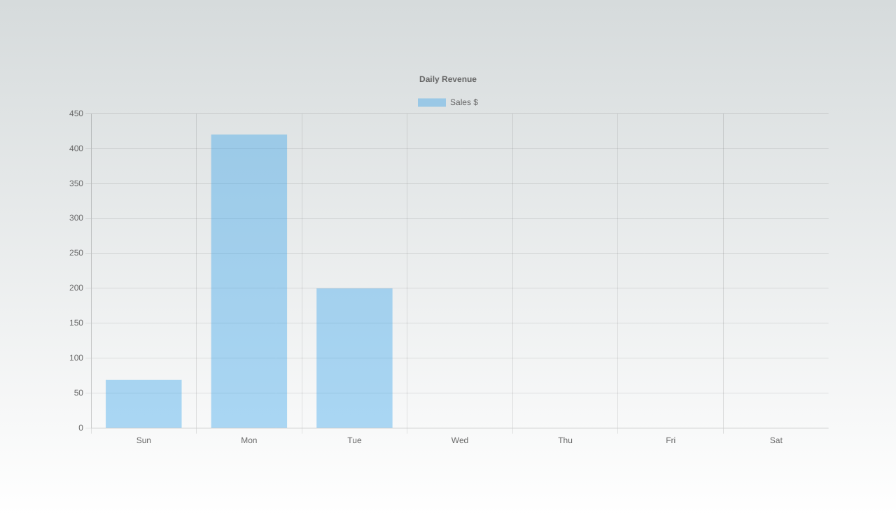
Repository: alemunden/exercise-5
Page: /
An editor plug-in stored every save of this project. The page is shown before and after the next save, followed by the edit.
The browser window is 1280 px wide. The pictures show the part of the page from y = 0 to 1920 px (the page is 736 px tall before and 33554432 px after), at 70% of full size.
The project was rebuilt for these pictures with package versions that can differ from the ones it lists, and the page was loaded fresh each time. The framework's server and built-in components were replaced by stand-ins that run in the browser. Also part of the build but not shown: next.config.js.

Above is the page before, as saved 2024-04-15 10:24:59.

After the next save:
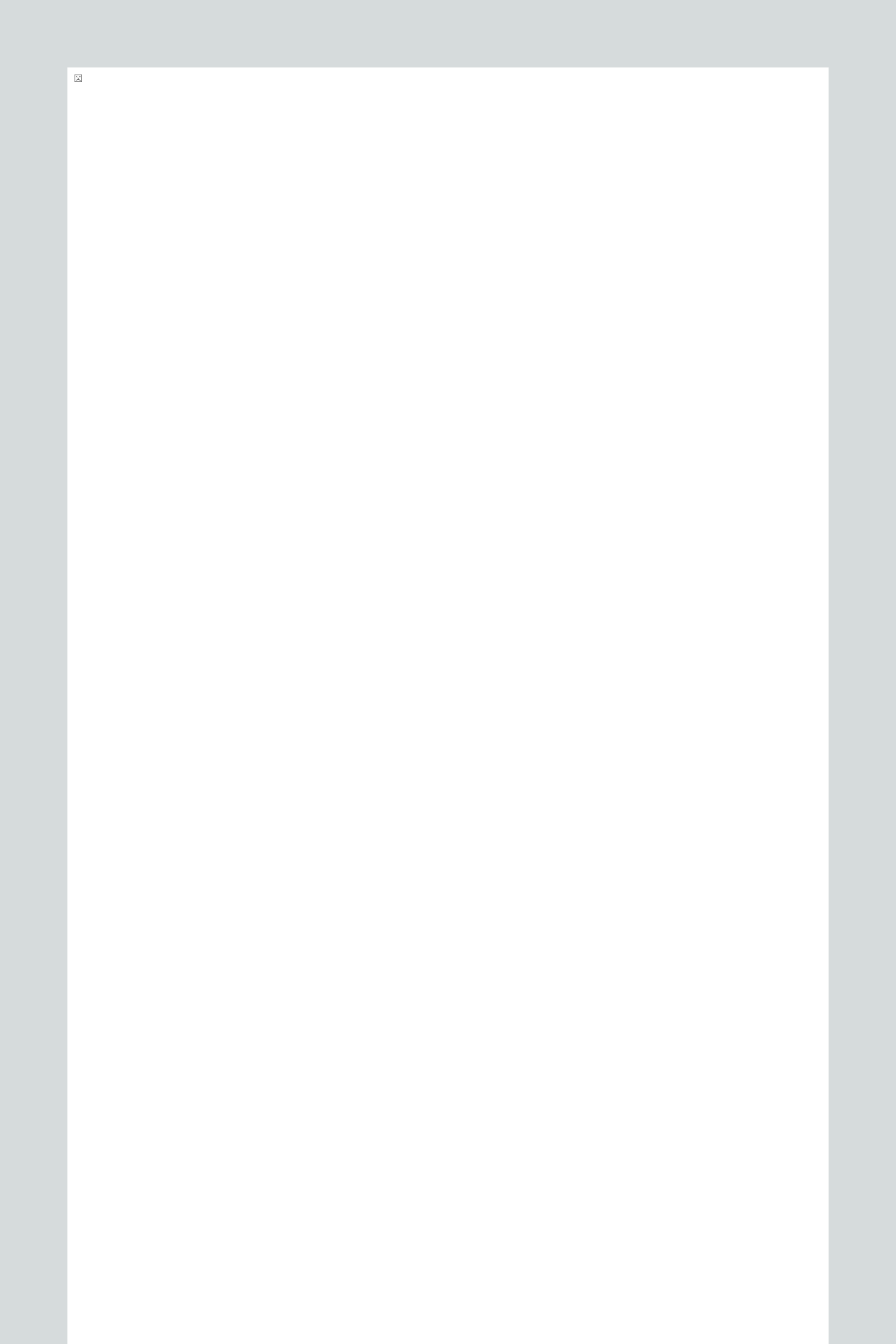
Saved 12 s later.
--- a/pages/index.js
+++ b/pages/index.js
@@ -1,11 +1,13 @@
 import styles from '@/styles/Home.module.css'
 import VerticalChart from '@/components/VerticalChart'
+import HorizontalChart from '@/components/HorizontalChart'
 
 export default function Home() {
   return (
     <>
       <main className={`${styles.main}`}>
         <VerticalChart/>
+        <HorizontalChart/>
       </main>
     </>
   )
